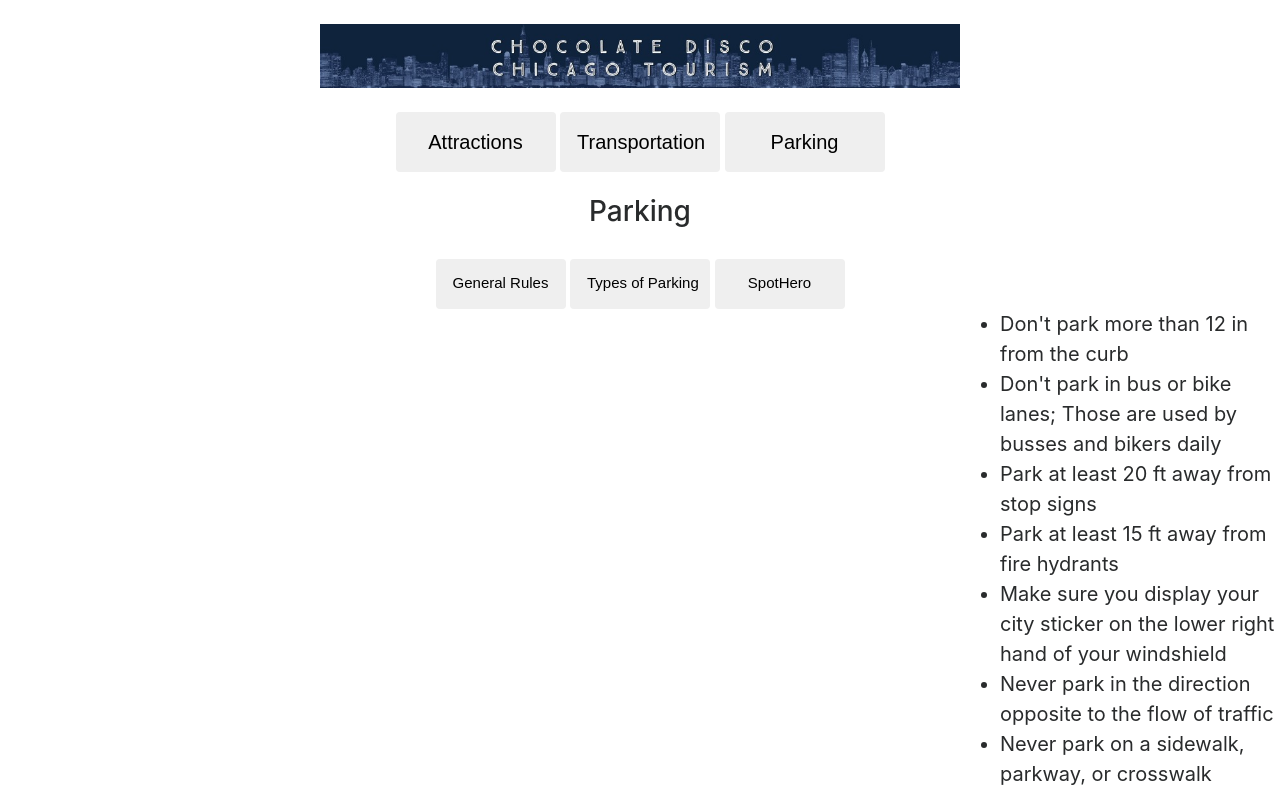
Repository: rkodit2/cs422project
Page: parking.html
An editor plug-in stored every save of this project. The page is shown before and after the next save, followed by the edit.
The browser window is 1280 px wide. The pictures show the whole page.

Above is the page before, as saved 2021-11-03 20:01:18.

After the next save:
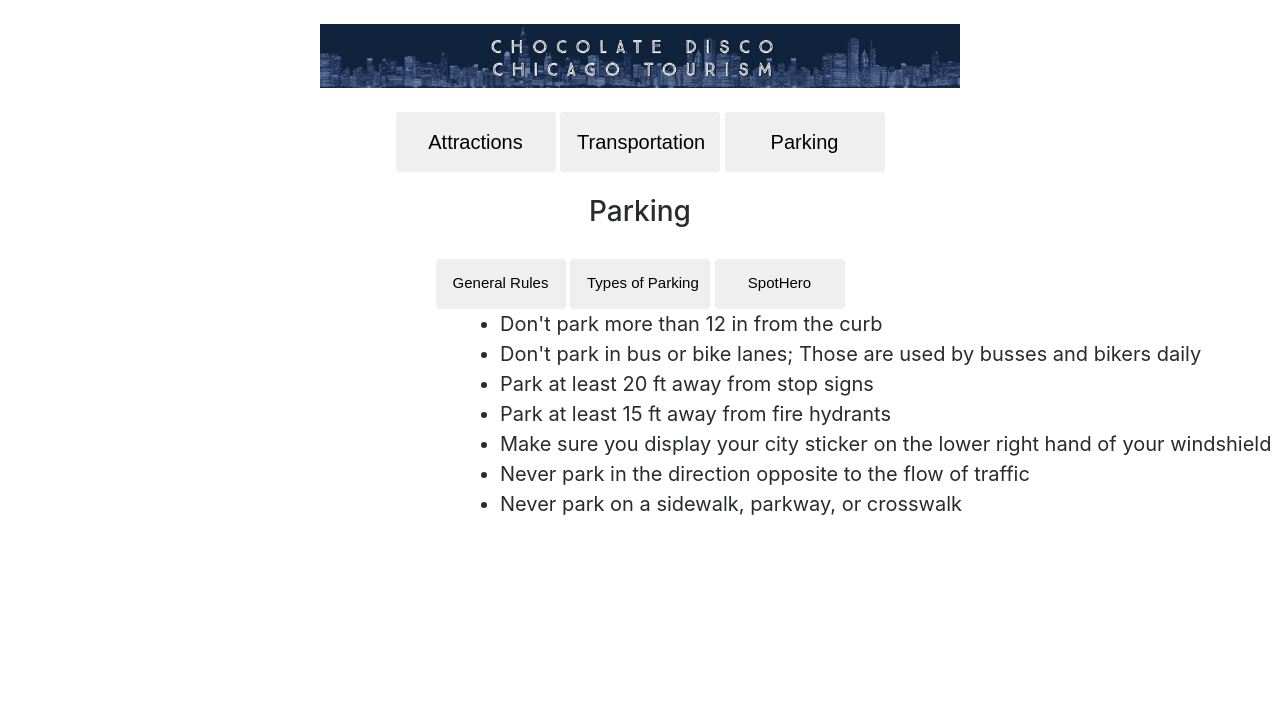
Saved 7 s later.
--- a/parking.html
+++ b/parking.html
@@ -30,7 +30,7 @@
                 <button type ="button" id="Parking" class="btn" onclick="location.href='#';" style="width: 130px; height: 50px; font-size: 15px;"> SpotHero </button>
             </div>
 
-            <ul style="padding-left: 1000px;">
+            <ul style="padding-left: 500px;">
                 <li>Don't park more than 12 in from the curb</li>
 
                 <li>Don't park in bus or bike lanes; Those are used by busses and bikers daily</li>
